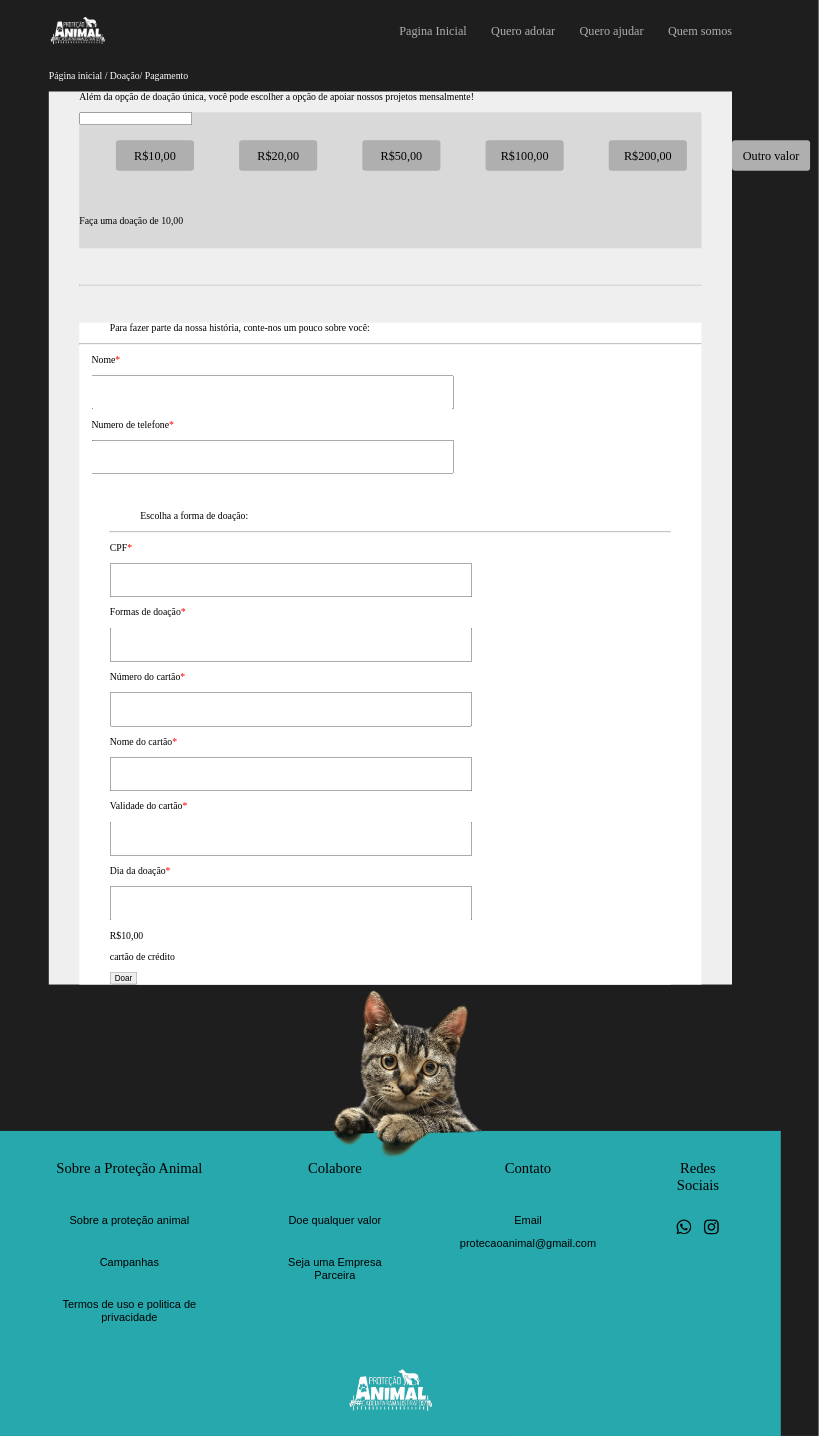
Repository: edjunior-nascimento/protecao-animal-web
Page: src/pages/formulario-doacao/index.html
An editor plug-in stored every save of this project. The page is shown before and after the next save, followed by the edit.
The browser window is 1280 px wide. The page is 1342 px wide, so the pictures cover 1342 px, including what lies to the right of the window. The pictures show the whole page, at 61% of full size.

Above is the page before, as saved 2025-03-07 03:38:46.

After the next save:
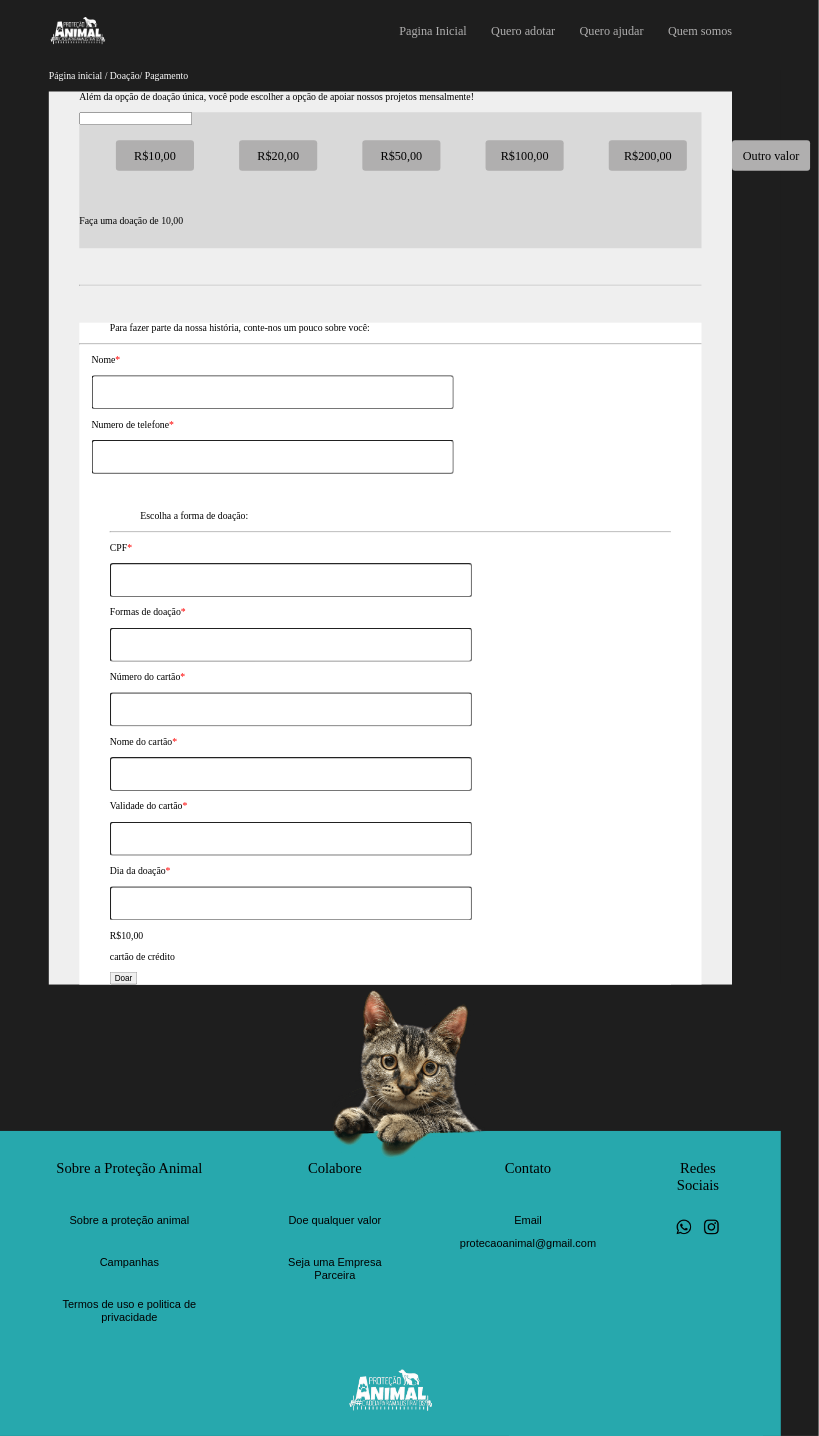
Saved 4 s later.
--- a/src/pages/formulario-doacao/style.css
+++ b/src/pages/formulario-doacao/style.css
@@ -125,7 +125,7 @@ main {
 .cadastro {
   width: 586px;
   height: 50px;
-  bor
+  border-radius: 5px;
 }
 
   .gato {
